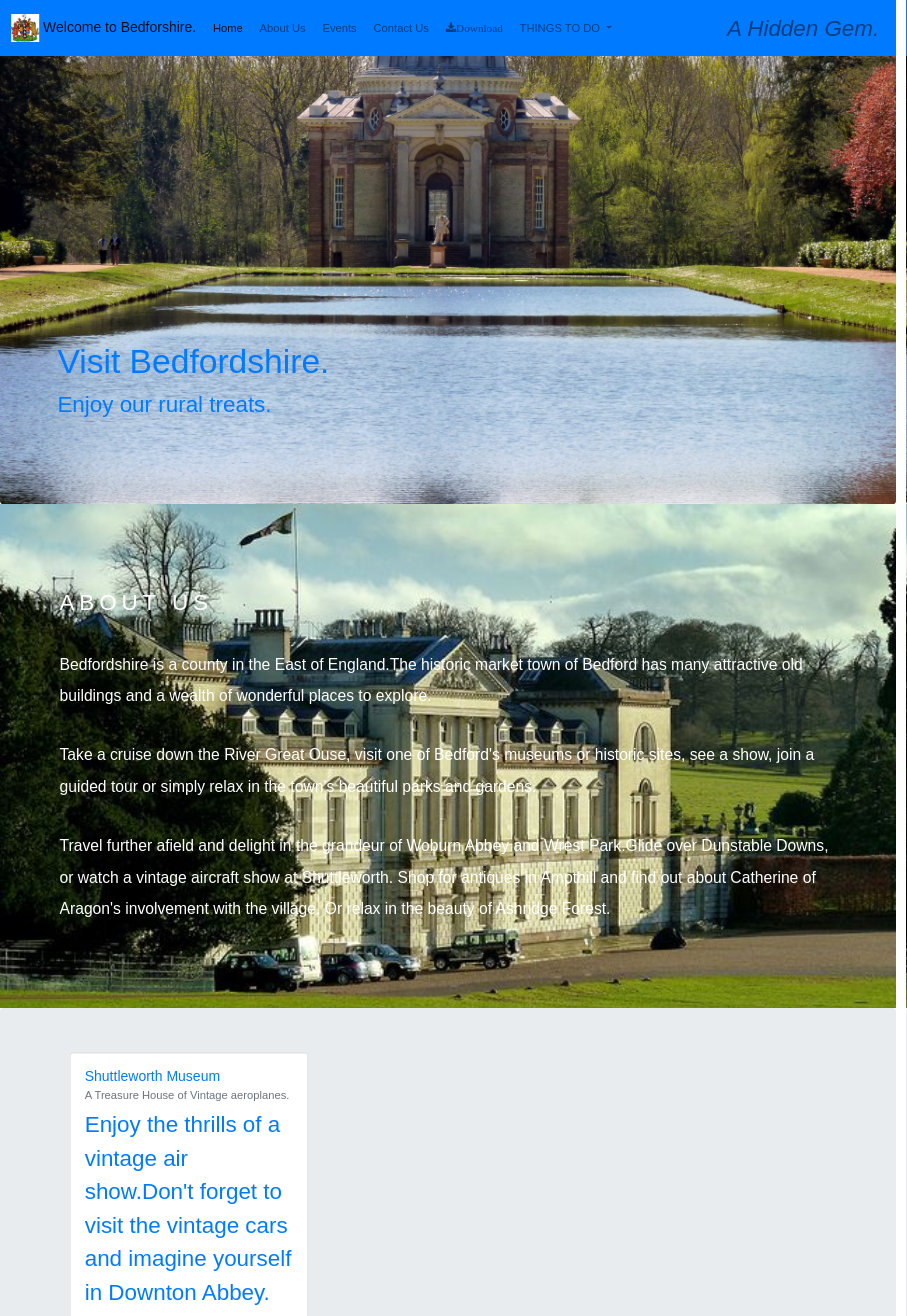
Repository: margaretalice/wrest
Page: index.html
The author's editor kept a record of every edit. The page is drawn from the files as they stood at one moment, then again after the next edit.
The browser window is 1280 px wide. The page is 1295 px wide, so the pictures cover 1295 px, including what lies to the right of the window. The pictures show the part of the page from y = 0 to 1880 px (the page is 5794 px tall), at 70% of full size.
Backgrounds fixed to the window are drawn as part of the page.

Above is the page before.

After the next edit:
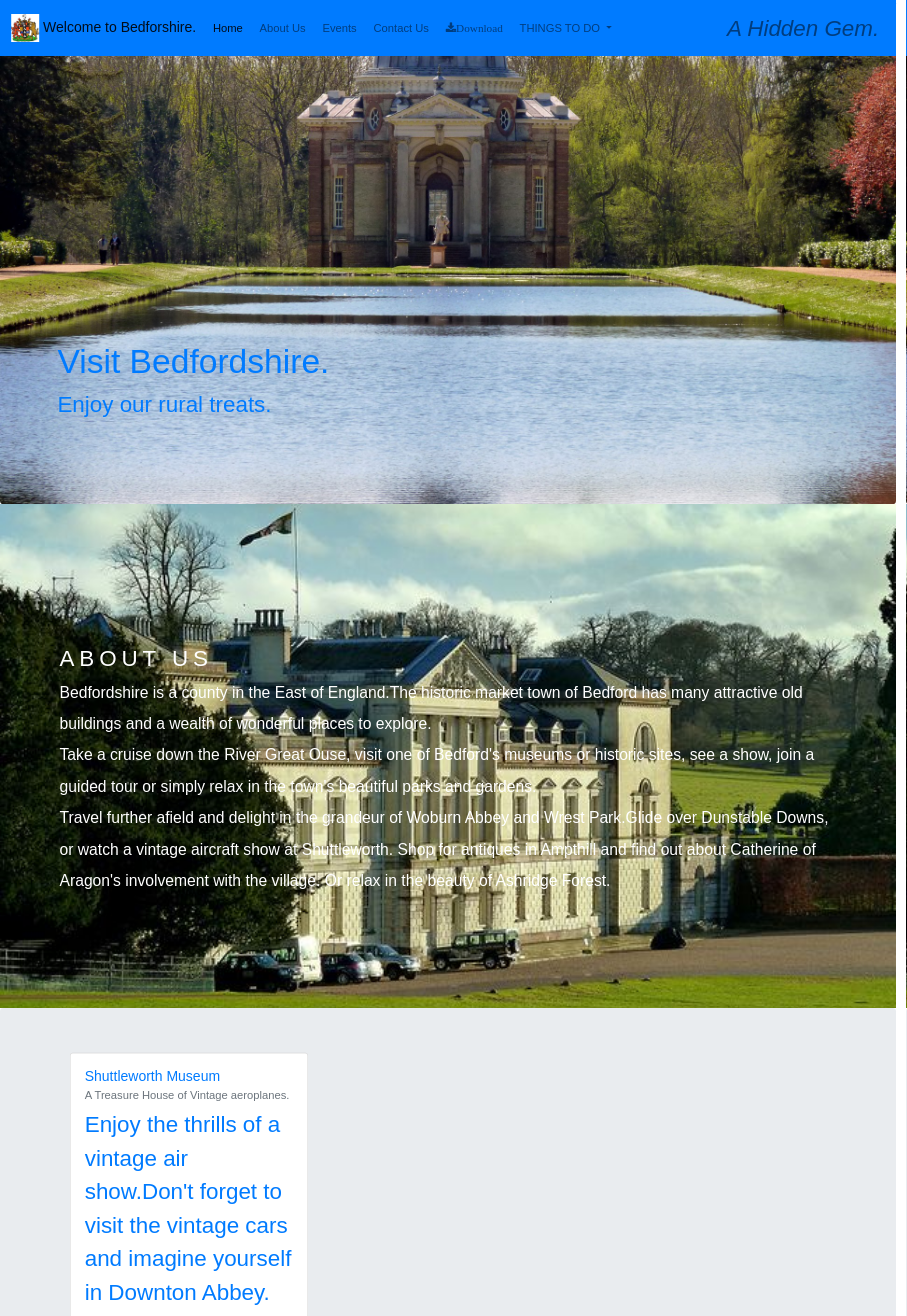
The edit:
--- a/assets/css/style.css
+++ b/assets/css/style.css
@@ -100,7 +100,7 @@
 
     font-size: .8em;
 
-    margin: 40px 0px 40px 0px;
+    margin: 0 auto;
     color:#ffffff;
 
 }
